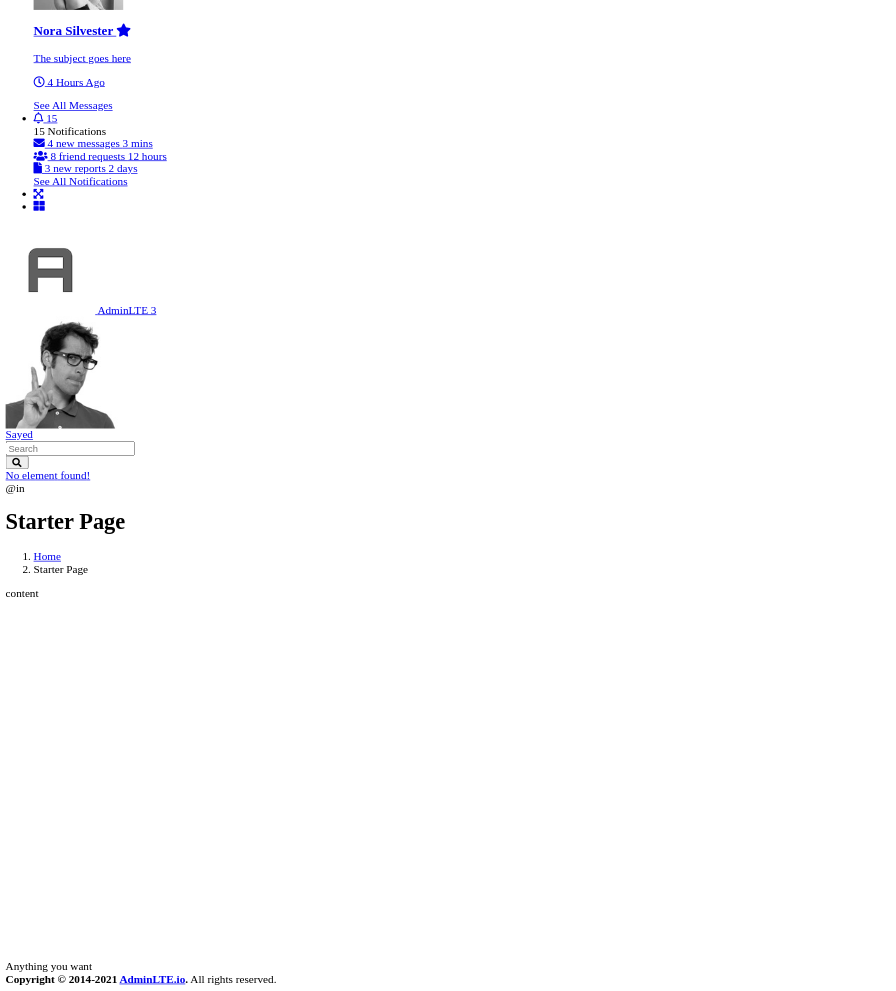
Repository: sayedelshazly/Store
Page: http://localhost/
These files come from the project's save history. The page is drawn as it stood at one moment and after a run of saves; the edit follows.
The browser window is 1280 px wide. The pictures show the part of the page from y = 793 to 2713 px (the page is 2209 px tall before and 2713 px after), at 70% of full size.
Some web fonts or font styles are not loaded; a fallback is used. The page is served by the project's Laravel application, run on PHP 8.4 with Laravel 10. Other server files are loaded and not shown.

Above is the page before, as saved 2024-08-07 16:31:38.

### routes/web.php
<?php

use App\Http\Controllers\Admin\DashboardController;
use Illuminate\Support\Facades\Route;

/*
|--------------------------------------------------------------------------
| Web Routes
|--------------------------------------------------------------------------
|
| Here is where you can register web routes for your application. These
| routes are loaded by the RouteServiceProvider and all of them will
| be assigned to the "web" middleware group. Make something great!
|
*/

Route::get('/', [DashboardController::class, 'index']);

// Route::any('/', [DashboardController::class, 'index']); // any [for calling any method (get, post, ...)]
// Route::match(['get', 'post'], '/user/profile', function () {}); // we choose the method

### app/Http/Controllers/Admin/DashboardController.php
<?php

namespace App\Http\Controllers\Admin;

use App\Http\Controllers\Controller;
use Illuminate\Http\Request;
use Illuminate\Support\Facades\Response;
use Illuminate\Support\Facades\View;

class DashboardController extends Controller
{
    public function index(){
        return view('dashboard.index');
        // return Response::view('dashboard');
        // return response()->view('dashboard');
        // return View::make('dashboard'); //class View with method make() return the same result for the method view()

        /* return view('dashboard', [ //how to send variable to the blade
            'user' => 'sayed',
            ]);  //send variable called sayed to the blade view

            -another way with the compact method compact() // return array of variables and there values
            $user = 'sayed';
            return view('dashboard', compact('user'));

            -another way
            return view('dashboard')->with([
            'user' => 'sayed',
            ]);

        */
    }
}

### resources/views/dashboard/index.blade.php
@extends('layouts.dashboard')
@section('title', 'Starter Page')
@section('breadcrumb')
{{-- @parent (we use this for inheritance that we show the parent then show the chields )    --}}
@parent
<li class="breadcrumb-item active">Starter Page</li>
@endsection
@section('content')
content
@endsection



@push('styles')
    {{-- any links for css --}}
@endpush
@push('scripts')
    {{-- any links for js --}}
@endpush

### resources/views/layouts/dashboard.blade.php
<!DOCTYPE html>
<!--
This is a starter template page. Use this page to start your new project from
scratch. This page gets rid of all links and provides the needed markup only.
-->
<html lang="en">

<head>
    <meta charset="utf-8">
    <meta name="viewport" content="width=device-width, initial-scale=1">
    <title>AdminLTE 3 | Starter</title>

    <!-- Google Font: Source Sans Pro -->
    <link rel="stylesheet"
        href="https://fonts.googleapis.com/css?family=Source+Sans+Pro:300,400,400i,700&display=fallback">
    <!-- Font Awesome Icons -->
    <link rel="stylesheet" href="{{asset('plugins/fontawesome-free/css/all.min.css')}}">
    <!-- Theme style -->
    <link rel="stylesheet" href="{{asset('dist/css/adminlte.min.css')}}">
    @stack('styles')
</head>

<body class="hold-transition sidebar-mini">
    <div class="wrapper">

        <!-- Navbar -->
        <nav class="main-header navbar navbar-expand navbar-white navbar-light">
            <!-- Left navbar links -->
            <ul class="navbar-nav">
                <li class="nav-item">
                    <a class="nav-link" data-widget="pushmenu" href="#" role="button"><i class="fas fa-bars"></i></a>
                </li>
                <li class="nav-item d-none d-sm-inline-block">
                    <a href="index3.html" class="nav-link">Home</a>
                </li>
                <li class="nav-item d-none d-sm-inline-block">
                    <a href="#" class="nav-link">Contact</a>
                </li>
            </ul>

            <!-- Right navbar links -->
            <ul class="navbar-nav ml-auto">
                <!-- Navbar Search -->
                <li class="nav-item">
                    <a class="nav-link" data-widget="navbar-search" href="#" role="button">
                        <i class="fas fa-search"></i>
                    </a>
                    <div class="navbar-search-block">
                        <form class="form-inline">
                            <div class="input-group input-group-sm">
                                <input class="form-control form-control-navbar" type="search" placeholder="Search"
                                    aria-label="Search">
                                <div class="input-group-append">
                                    <button class="btn btn-navbar" type="submit">
                                        <i class="fas fa-search"></i>
                                    </button>
                                    <button class="btn btn-navbar" type="button" data-widget="navbar-search">
                                        <i class="fas fa-times"></i>
                                    </button>
                                </div>
                            </div>
                        </form>
                    </div>
                </li>

                <!-- Messages Dropdown Menu -->
                <li class="nav-item dropdown">
                    <a class="nav-link" data-toggle="dropdown" href="#">
                        <i class="far fa-comments"></i>
                        <span class="badge badge-danger navbar-badge">3</span>
                    </a>
                    <div class="dropdown-menu dropdown-menu-lg dropdown-menu-right">
                        <a href="#" class="dropdown-item">
                            <!-- Message Start -->
                            <div class="media">
                                <img src="{{asset('dist/img/user1-128x128.jpg')}}" alt="User Avatar"
                                    class="img-size-50 mr-3 img-circle">
                                <div class="media-body">
                                    <h3 class="dropdown-item-title">
                                        Brad Diesel
                                        <span class="float-right text-sm text-danger"><i class="fas fa-star"></i></span>
                                    </h3>
                                    <p class="text-sm">Call me whenever you can...</p>
                                    <p class="text-sm text-muted"><i class="far fa-clock mr-1"></i> 4 Hours Ago</p>
                                </div>
                            </div>
                            <!-- Message End -->
                        </a>
                        <div class="dropdown-divider"></div>
                        <a href="#" class="dropdown-item">
                            <!-- Message Start -->
                            <div class="media">
                                <img src="{{asset('dist/img/user8-128x128.jpg')}}" alt="User Avatar"
                                    class="img-size-50 img-circle mr-3">
                                <div class="media-body">
                                    <h3 class="dropdown-item-title">
                                        John Pierce
                                        <span class="float-right text-sm text-muted"><i class="fas fa-star"></i></span>
                                    </h3>
                                    <p class="text-sm">I got your message bro</p>
                                    <p class="text-sm text-muted"><i class="far fa-clock mr-1"></i> 4 Hours Ago</p>
                                </div>
                            </div>
                            <!-- Message End -->
                        </a>
                        <div class="dropdown-divider"></div>
                        <a href="#" class="dropdown-item">
                            <!-- Message Start -->
                            <div class="media">
                                <img src="dist/img/user3-128x128.jpg" alt="User Avatar"
                                    class="img-size-50 img-circle mr-3">
                                <div class="media-body">
                                    <h3 class="dropdown-item-title">
                                        Nora Silvester
                                        <span class="float-right text-sm text-warning"><i
                                                class="fas fa-star"></i></span>
                                    </h3>
                                    <p class="text-sm">The subject goes here</p>
                                    <p class="text-sm text-muted"><i class="far fa-clock mr-1"></i> 4 Hours Ago</p>
                                </div>
                            </div>
                            <!-- Message End -->
                        </a>
                        <div class="dropdown-divider"></div>
                        <a href="#" class="dropdown-item dropdown-footer">See All Messages</a>
                    </div>
                </li>
                <!-- Notifications Dropdown Menu -->
                <li class="nav-item dropdown">
                    <a class="nav-link" data-toggle="dropdown" href="#">
                        <i class="far fa-bell"></i>
                        <span class="badge badge-warning navbar-badge">15</span>
                    </a>
                    <div class="dropdown-menu dropdown-menu-lg dropdown-menu-right">
                        <span class="dropdown-header">15 Notifications</span>
                        <div class="dropdown-divider"></div>
                        <a href="#" class="dropdown-item">
                            <i class="fas fa-envelope mr-2"></i> 4 new messages
                            <span class="float-right text-muted text-sm">3 mins</span>
                        </a>
                        <div class="dropdown-divider"></div>
                        <a href="#" class="dropdown-item">
                            <i class="fas fa-users mr-2"></i> 8 friend requests
                            <span class="float-right text-muted text-sm">12 hours</span>
                        </a>
                        <div class="dropdown-divider"></div>
                        <a href="#" class="dropdown-item">
                            <i class="fas fa-file mr-2"></i> 3 new reports
                            <span class="float-right text-muted text-sm">2 days</span>
                        </a>
                        <div class="dropdown-divider"></div>
                        <a href="#" class="dropdown-item dropdown-footer">See All Notifications</a>
                    </div>
                </li>
                <li class="nav-item">
                    <a class="nav-link" data-widget="fullscreen" href="#" role="button">
                        <i class="fas fa-expand-arrows-alt"></i>
                    </a>
                </li>
                <li class="nav-item">
                    <a class="nav-link" data-widget="control-sidebar" data-slide="true" href="#" role="button">
                        <i class="fas fa-th-large"></i>
                    </a>
                </li>
            </ul>
        </nav>
        <!-- /.navbar -->

        <!-- Main Sidebar Container -->
        <aside class="main-sidebar sidebar-dark-primary elevation-4">
            <!-- Brand Logo -->
            <a href="index3.html" class="brand-link">
                <img src="dist/img/AdminLTELogo.png" alt="AdminLTE Logo" class="brand-image img-circle elevation-3"
                    style="opacity: .8">
                <span class="brand-text font-weight-light">AdminLTE 3</span>
            </a>

            <!-- Sidebar -->
            <div class="sidebar">
                <!-- Sidebar user panel (optional) -->
                <div class="user-panel mt-3 pb-3 mb-3 d-flex">
                    <div class="image">
                        <img src="dist/img/user2-160x160.jpg" class="img-circle elevation-2" alt="User Image">
                    </div>
                    <div class="info">
                        <a href="#" class="d-block"> Sayed </a>
                    </div>
                </div>

                <!-- SidebarSearch Form -->
                <div class="form-inline">
                    <div class="input-group" data-widget="sidebar-search">
                        <input class="form-control form-control-sidebar" type="search" placeholder="Search"
                            aria-label="Search">
                        <div class="input-group-append">
                            <button class="btn btn-sidebar">
                                <i class="fas fa-search fa-fw"></i>
                            </button>
                        </div>
                    </div>
                </div>

                <!-- Sidebar Menu -->
                @in
                <!-- /.sidebar-menu -->
            </div>
            <!-- /.sidebar -->
        </aside>

        <!-- Content Wrapper. Contains page content -->
        <div class="content-wrapper">
            <div class="content-header">
                <div class="container-fluid">
                    <div class="row mb-2">
                        <div class="col-sm-6">
                            <h1 class="m-0">@yield('title', 'Page Title' {{-- Default value --}})</h1>
                        </div><!-- /.col -->
                        <div class="col-sm-6">
                            <ol class="breadcrumb float-sm-right">
                                @section('breadcrumb')
                                <li class="breadcrumb-item"><a href="#">Home</a></li>
                                {{-- @endsection --}}
                                @show
                            </ol>
                        </div><!-- /.col -->
                    </div><!-- /.row -->
                </div><!-- /.container-fluid -->
            </div>
            <!-- /.content-header -->
            @yield('content')
            <!-- /.content-wrapper -->
        </div>


        <!-- Control Sidebar -->
        <aside class="control-sidebar control-sidebar-dark">
            <!-- Control sidebar content goes here -->
            <div class="p-3">
                <h5>Title</h5>
                <p>Sidebar content</p>
            </div>
        </aside>
        <!-- /.control-sidebar -->

        <!-- Main Footer -->
        <footer class="main-footer">
            <!-- To the right -->
            <div class="float-right d-none d-sm-inline">
                Anything you want
            </div>
            <!-- Default to the left -->
            <strong>Copyright &copy; 2014-2021 <a href="https://adminlte.io">AdminLTE.io</a>.</strong> All rights
            reserved.
        </footer>
    </div>
    <!-- ./wrapper -->

    <!-- REQUIRED SCRIPTS -->

    <!-- jQuery -->
    <script src="{{asset('plugins/jquery/jquery.min.js')}}"></script>
    <!-- Bootstrap 4 -->
    <script src="{{asset('plugins/bootstrap/js/bootstrap.bundle.min.js')}}"></script>
    <!-- AdminLTE App -->
    <script src="{{asset('dist/js/adminlte.min.js')}}"></script>
    @stack('scripts')

</body>

</html>

### resources/views/layouts/partials/nav.blade.php
<nav class="mt-2">
    <ul class="nav nav-pills nav-sidebar flex-column" data-widget="treeview" role="menu"
        data-accordion="false">
        <!-- Add icons to the links using the .nav-icon class
        with font-awesome or any other icon font library -->
        <li class="nav-item menu-open">
            <a href="#" class="nav-link active">
                <i class="nav-icon fas fa-tachometer-alt"></i>
                <p>
                    Starter Pages
                    <i class="right fas fa-angle-left"></i>
                </p>
            </a>
            <ul class="nav nav-treeview">
                <li class="nav-item">
                    <a href="#" class="nav-link active">
                        <i class="far fa-circle nav-icon"></i>
                        <p>Active Page</p>
                    </a>
                </li>
                <li class="nav-item">
                    <a href="#" class="nav-link">
                        <i class="far fa-circle nav-icon"></i>
                        <p>Inactive Page</p>
                    </a>
                </li>
            </ul>
        </li>
        <li class="nav-item">
            <a href="#" class="nav-link">
                <i class="nav-icon fas fa-th"></i>
                <p>
                    Simple Link
                    <span class="right badge badge-danger">New</span>
                </p>
            </a>
        </li>
    </ul>
</nav>

Loaded but not shown: app/Providers/AppServiceProvider.php (common file); app/Http/Controllers/Controller.php (common file); public/plugins/fontawesome-free/css/all.min.css (library); public/plugins/jquery/jquery.min.js (library); public/plugins/bootstrap/js/bootstrap.bundle.min.js (library); public/dist/js/adminlte.min.js (library)

After the next 3 saves:
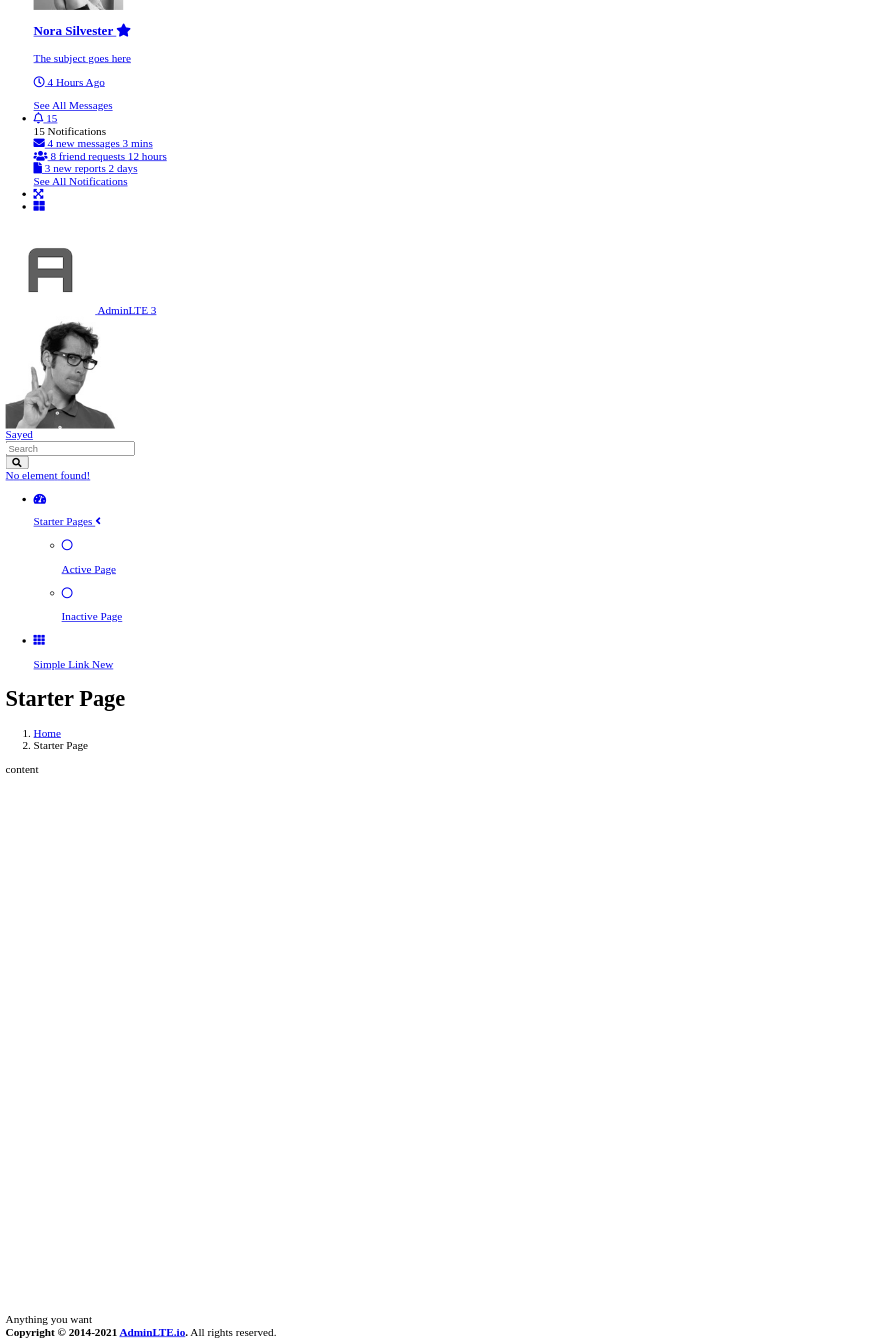
The 3 saves are shown as one change because they came seconds apart.
The last was saved 6 s later.
--- a/resources/views/layouts/dashboard.blade.php
+++ b/resources/views/layouts/dashboard.blade.php
@@ -201,7 +201,7 @@
                 </div>
 
                 <!-- Sidebar Menu -->
-                @in
+                @include('layouts.partials.nav')
                 <!-- /.sidebar-menu -->
             </div>
             <!-- /.sidebar -->
